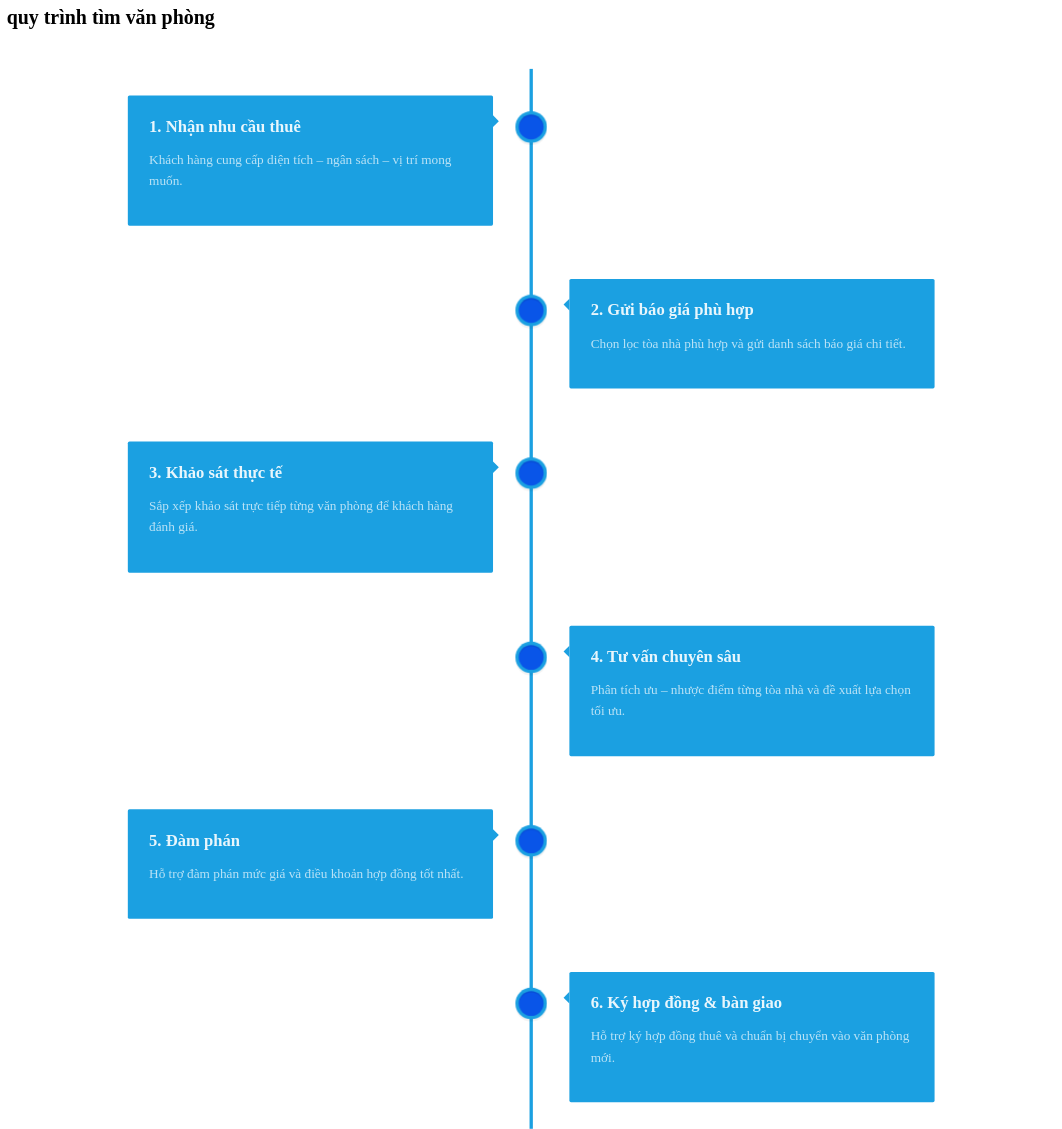
Repository: lannguyen1301/anphuholdings-main
Page: partials/home/quy-trinh-tim-van-phong-2.html
An editor plug-in stored every save of this project. The page is shown before and after the next save, followed by the edit.
The browser window is 1280 px wide. The pictures show the whole page, at 83% of full size.

Above is the page before, as saved 2026-01-03 08:58:34.

### partials/home/quy-trinh-tim-van-phong-2.html
<!-- style -->
<!-- quy trình tìm văn phòng 2 -->
<style>
    html,
    body {
        /* background-color: #1BA0E1; */
        height: 100%;
        font-family: 'UTM Times', serif;
        box-sizing: border-box;
    }

    .cd-container {
        width: 90%;
        max-width: 1080px;
        margin: 0 auto;
        /* background: #2B343A; */
        padding: 0 10%;
        border-radius: 2px;
    }

    .cd-container::after {
        content: '';
        display: table;
        clear: both;
    }

    /* --------------------------------

Main components

-------------------------------- */


    #cd-timeline {
        position: relative;
        padding: 2em 0;
        margin-top: 2em;
        margin-bottom: 2em;
    }

    #cd-timeline::before {
        content: '';
        position: absolute;
        top: 0;
        left: 25px;
        height: 100%;
        width: 4px;
        background: #1BA0E1;
    }

    @media only screen and (min-width: 1170px) {
        #cd-timeline {
            margin-top: 3em;
            margin-bottom: 3em;
        }

        #cd-timeline::before {
            left: 50%;
            margin-left: -2px;
        }
    }

    .cd-timeline-block {
        position: relative;
        margin: 2em 0;
    }

    .cd-timeline-block:after {
        content: "";
        display: table;
        clear: both;
    }

    .cd-timeline-block:first-child {
        margin-top: 0;
    }

    .cd-timeline-block:last-child {
        margin-bottom: 0;
    }

    @media only screen and (min-width: 1170px) {
        .cd-timeline-block {
            margin: 4em 0;
        }

        .cd-timeline-block:first-child {
            margin-top: 0;
        }

        .cd-timeline-block:last-child {
            margin-bottom: 0;
        }
    }

    .cd-timeline-img {
        position: absolute;
        top: 8px;
        left: 12px;
        width: 30px;
        height: 30px;
        border-radius: 50%;
        box-shadow: 0 0 0 4px #1BA0E1, inset 0 2px 0 rgba(0, 0, 0, 0.08), 0 3px 0 4px rgba(0, 0, 0, 0.05);
    }

    .cd-timeline-img {
        background: #0955e8;
    }

    @media only screen and (min-width: 1170px) {
        .cd-timeline-img {
            width: 30px;
            height: 30px;
            left: 50%;
            margin-left: -15px;
            margin-top: 15px;
            /* Force Hardware Acceleration in WebKit */
            -webkit-transform: translateZ(0);
            -webkit-backface-visibility: hidden;
        }
    }

    .cd-timeline-content {
        position: relative;
        margin-left: 60px;
        margin-right: 30px;
        background: #1BA0E1;
        border-radius: 2px;
        padding: 1em;

        .timeline-content-info {
            background: #2B343A;
            padding: 5px 10px;
            color: rgba(255, 255, 255, 0.7);
            font-size: 12px;
            box-shadow: inset 0 2px 0 rgba(0, 0, 0, 0.08);
            border-radius: 2px;

            i {
                margin-right: 5px;
            }

            .timeline-content-info-title,
            .timeline-content-info-date {
                width: calc(50% - 2px);
                display: inline-block;
            }

            @media (max-width: 500px) {

                .timeline-content-info-title,
                .timeline-content-info-date {
                    display: block;
                    width: 100%;
                }
            }
        }

        .content-skills {
            font-size: 12px;
            padding: 0;
            margin-bottom: 0;
            display: flex;
            flex-wrap: wrap;
            justify-content: center;

            li {
                background: #40484D;
                border-radius: 2px;
                display: inline-block;
                padding: 2px 10px;
                color: rgba(255, 255, 255, 0.7);
                margin: 3px 2px;
                text-align: center;
                flex-grow: 1;
            }
        }
    }

    .cd-timeline-content:after {
        content: "";
        display: table;
        clear: both;
    }

    .cd-timeline-content h3 {
        color: rgba(255, 255, 255, .9);
        margin-top: 0;
        margin-bottom: 5px;
    }

    .cd-timeline-content p,
    .cd-timeline-content .cd-date {
        color: rgba(255, 255, 255, .7);
        font-size: 13px;
        font-size: 0.8125rem;
    }

    .cd-timeline-content .cd-date {
        display: inline-block;
    }

    .cd-timeline-content p {
        margin: 1em 0;
        line-height: 1.6;
    }

    .cd-timeline-content::before {
        content: '';
        position: absolute;
        top: 16px;
        right: 100%;
        height: 0;
        width: 0;
        border: 7px solid transparent;
        border-right: 7px solid #333C42;
    }

    @media only screen and (min-width: 768px) {
        .cd-timeline-content h3 {
            font-size: 20px;
            font-size: 1.25rem;
        }

        .cd-timeline-content p {
            font-size: 16px;
            font-size: 1rem;
        }

        .cd-timeline-content .cd-read-more,
        .cd-timeline-content .cd-date {
            font-size: 14px;
            font-size: 0.875rem;
        }
    }

    @media only screen and (min-width: 1170px) {
        .cd-timeline-content {
            color: white;
            margin-left: 0;
            padding: 1.6em;
            width: 36%;
            margin: 0 5%
        }

        .cd-timeline-content::before {
            top: 24px;
            left: 100%;
            border-color: transparent;
            border-left-color: #1BA0E1;
        }

        .cd-timeline-content .cd-date {
            position: absolute;
            width: 100%;
            left: 122%;
            top: 6px;
            font-size: 16px;
            font-size: 1rem;
        }

        .cd-timeline-block:nth-child(even) .cd-timeline-content {
            float: right;
        }

        .cd-timeline-block:nth-child(even) .cd-timeline-content::before {
            top: 24px;
            left: auto;
            right: 100%;
            border-color: transparent;
            border-right-color: #1BA0E1;
        }

        .cd-timeline-block:nth-child(even) .cd-timeline-content .cd-read-more {
            float: right;
        }

        .cd-timeline-block:nth-child(even) .cd-timeline-content .cd-date {
            left: auto;
            right: 122%;
            text-align: right;
        }
    }
</style>
<!-- style -->


<h2 data-aos="fade-up" data-aos-delay="300"
    class="mb-12 heading-2 uppercase text-3xl font-bold leading-tight md:text-4xl ">quy trình tìm văn phòng
</h2>

<div id="cd-timeline" class="cd-container">
    <div data-aos="fade-up" data-aos-delay="300" class="cd-timeline-block">
        <div class="cd-timeline-img cd-movie">
        </div> <!-- cd-timeline-img -->

        <div class="cd-timeline-content">
            <h3 class="!text-white uppercase">1. Nhận nhu cầu thuê</h3>
            <p class="">Khách hàng cung cấp diện tích – ngân sách – vị trí mong muốn.</p>
            <!-- <span class="cd-date">Jan 18</span> -->
        </div> <!-- cd-timeline-content -->
    </div> <!-- cd-timeline-block -->

    <div data-aos="fade-up" data-aos-delay="300" class="cd-timeline-block">
        <div class="cd-timeline-img cd-picture">
        </div> <!-- cd-timeline-img -->

        <div class="cd-timeline-content">
            <h3 class="!text-white uppercase">2. Gửi báo giá phù hợp</h3>
            <p class="">Chọn lọc tòa nhà phù hợp và gửi danh sách báo giá chi tiết.</p>
            <!-- <span class="cd-date">Jan 24</span> -->
        </div> <!-- cd-timeline-content -->
    </div> <!-- cd-timeline-block -->

    <div data-aos="fade-up" data-aos-delay="300" class="cd-timeline-block">
        <div class="cd-timeline-img cd-location">
        </div> <!-- cd-timeline-img -->

        <div class="cd-timeline-content">
            <h3 class="!text-white uppercase">3. Khảo sát thực tế</h3>
            <p class="">Sắp xếp khảo sát trực tiếp từng văn phòng để khách hàng đánh giá.</p>
            <!-- <span class="cd-date">Feb 14</span> -->
        </div> <!-- cd-timeline-content -->
    </div> <!-- cd-timeline-block -->

    <div data-aos="fade-up" data-aos-delay="300" class="cd-timeline-block">
        <div class="cd-timeline-img cd-location">
        </div>

        <div class="cd-timeline-content">
            <h3 class="!text-white uppercase">4. Tư vấn chuyên sâu</h3>
            <p class="">Phân tích ưu – nhược điểm từng tòa nhà và đề xuất lựa chọn tối ưu.</p>
            <!-- <span class="cd-date">Feb 18</span> -->
        </div> <!-- cd-timeline-content -->
    </div> <!-- cd-timeline-block -->

    <div data-aos="fade-up" data-aos-delay="300" class="cd-timeline-block">
        <div class="cd-timeline-img cd-movie">
        </div> <!-- cd-timeline-img -->

        <div class="cd-timeline-content">
            <h3 class="!text-white uppercase">5. Đàm phán</h3>
            <p class="">Hỗ trợ đàm phán mức giá và điều khoản hợp đồng tốt nhất.</p>
            <!-- <span class="cd-date">Feb 26</span> -->
        </div> <!-- cd-timeline-content -->
    </div> <!-- cd-timeline-block -->

    <div data-aos="fade-up" data-aos-delay="300" class="cd-timeline-block">
        <div class="cd-timeline-img cd-movie">
        </div> <!-- cd-timeline-img -->

        <div class="cd-timeline-content">
            <h3 class="!text-white uppercase">6. Ký hợp đồng & bàn giao</h3>
            <p class="">Hỗ trợ ký hợp đồng thuê và chuẩn bị chuyển vào văn phòng mới.</p>
            <!-- <span class="cd-date">Feb 26</span> -->
        </div> <!-- cd-timeline-content -->
    </div> <!-- cd-timeline-block -->
</div> <!-- cd-timeline -->

After the next save:
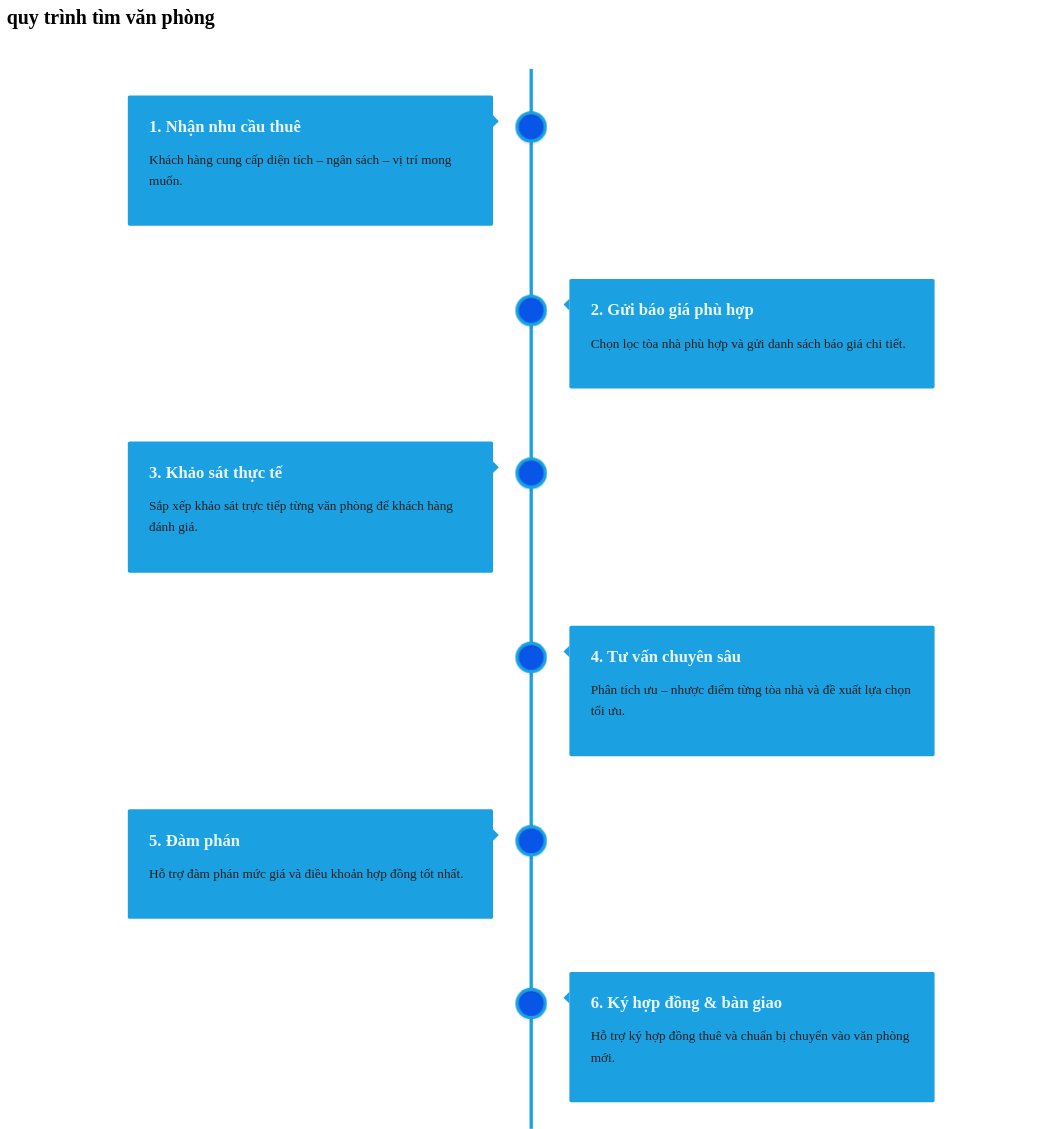
Saved 97 s later.
--- a/partials/home/quy-trinh-tim-van-phong-2.html
+++ b/partials/home/quy-trinh-tim-van-phong-2.html
@@ -191,7 +191,8 @@ Main components
 
     .cd-timeline-content p,
     .cd-timeline-content .cd-date {
-        color: rgba(255, 255, 255, .7);
+        /* color: rgba(255, 255, 255, .7); */
+        color: #231F20;
         font-size: 13px;
         font-size: 0.8125rem;
     }
